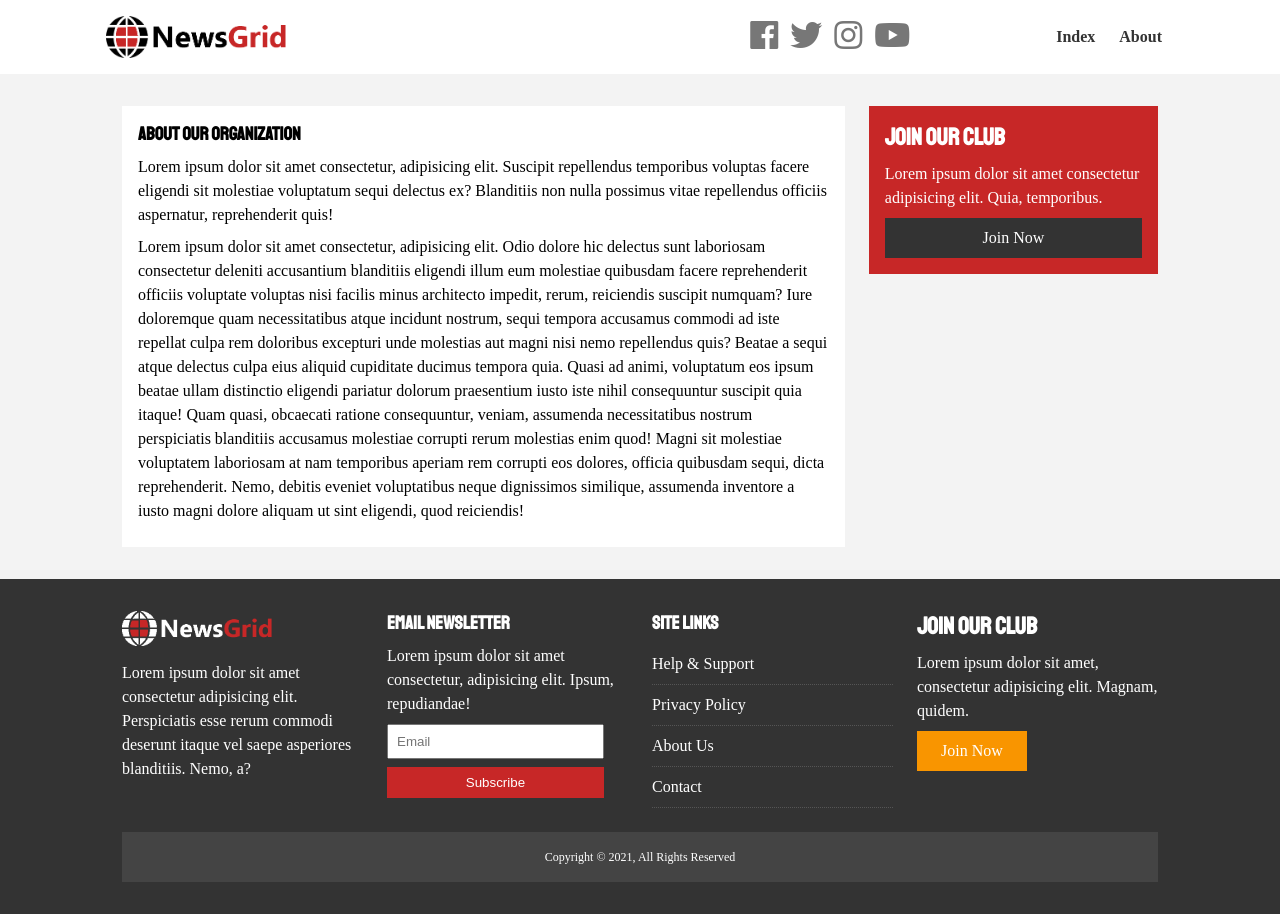
Repository: minhtien9/newsgrid
Page: article.html
The author's editor kept a copy of each file at every save. The page is drawn from the files as they stood at one save, then again after the next save.
The browser window is 1280 px wide. The pictures show the whole page.
Some web libraries are served in a nearby version.

Above is the page before, as saved 2021-08-26 12:03:43.

After the next save:
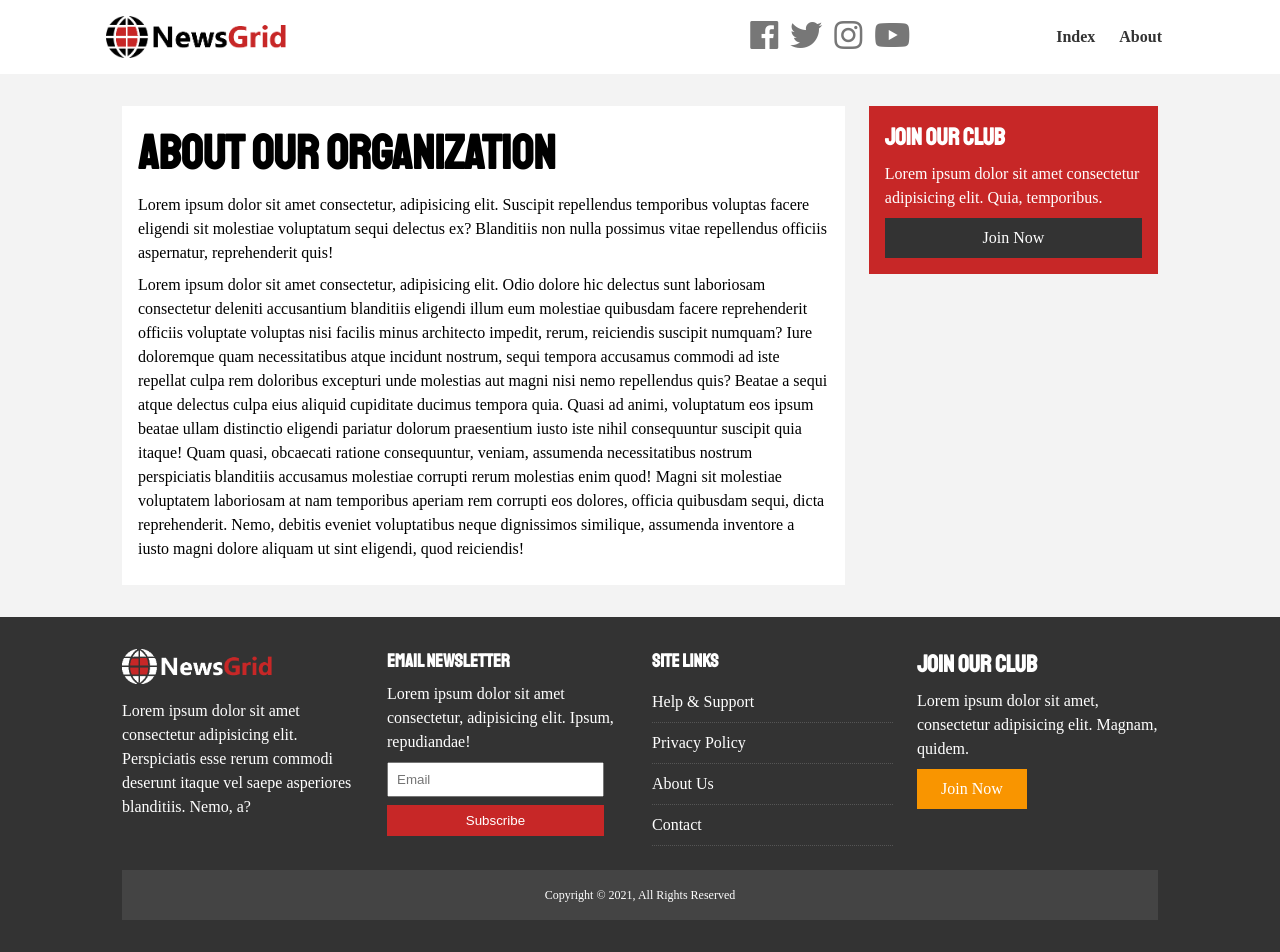
Saved 44 s later.
--- a/css/style.css
+++ b/css/style.css
@@ -170,6 +170,10 @@ h6 {
 .p-3 {
   padding: 3rem;
 }
+
+.l-heading{
+  font-size: 3rem;
+}
 .list li {
   padding: 0.5rem 0;
   border-bottom: 1px dotted #555;
